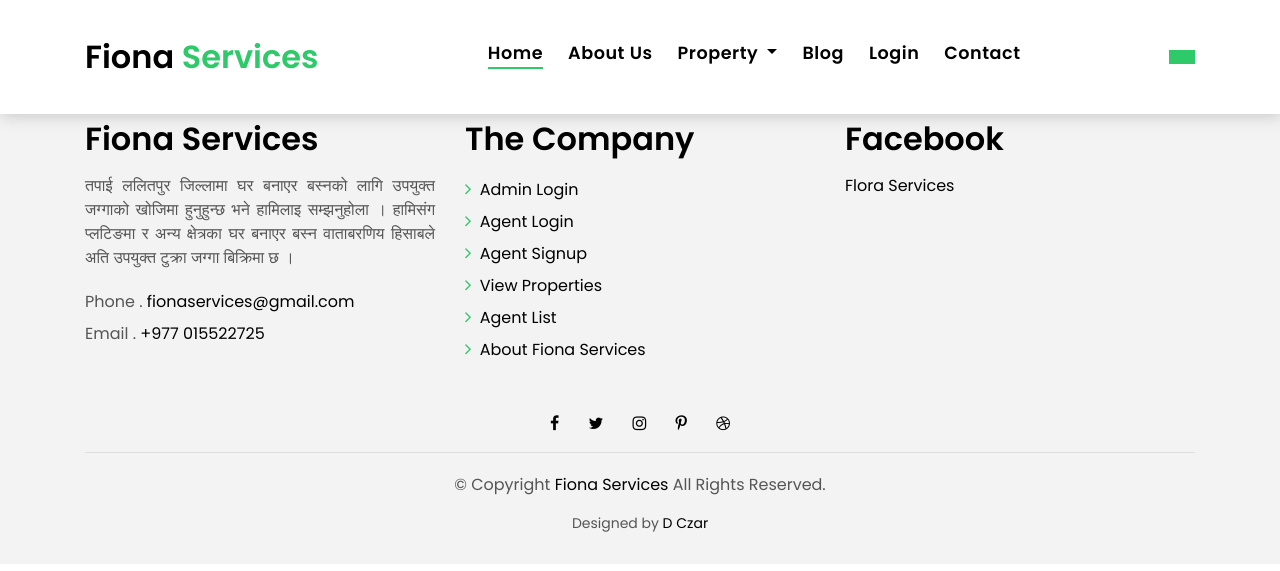
Repository: Sjuicyy/realstate
Page: http://localhost/Add-Property.php
An editor plug-in stored every save of this project. The page is shown before and after the next save, followed by the edit.
The browser window is 1280 px wide. The pictures show the whole page.
The page is run by PHP 8.4 with error messages shown; the project is at /var/www/html/.

Above is the page before, as saved 2022-10-13 14:30:23.

After the next save:
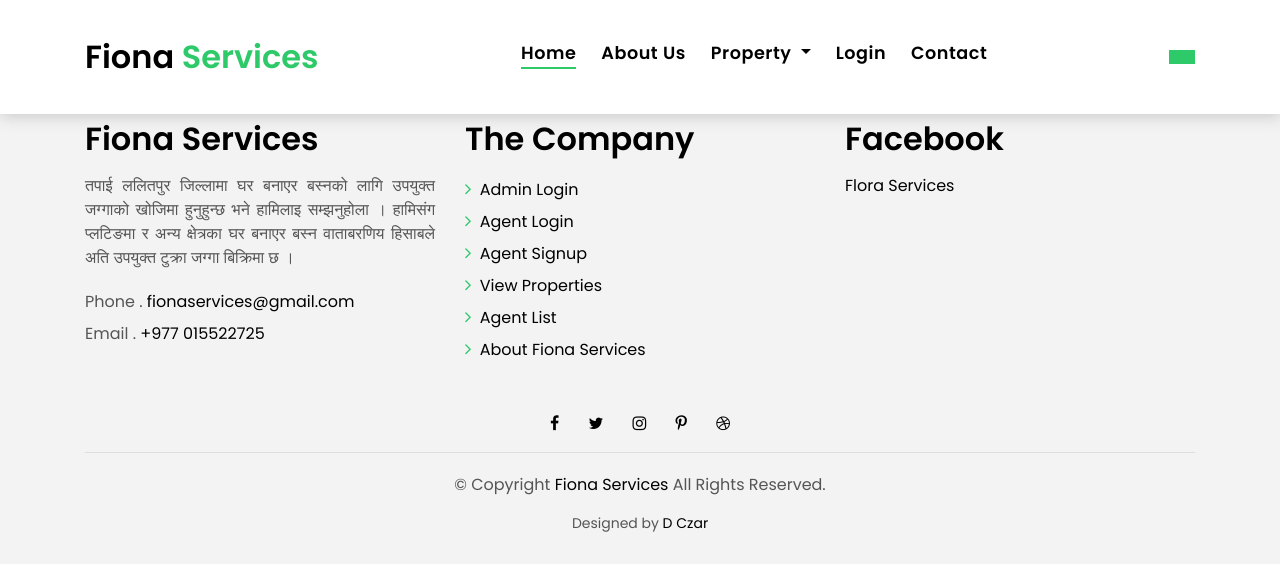
Saved 19 s later.
--- a/Add-Property.php
+++ b/Add-Property.php
@@ -77,9 +77,9 @@
             </div>
           </li>
 
-                   <li class="nav-item">
+                   <!-- <li class="nav-item">
                      <a class="nav-link" href="blog-grid.html">Blog</a>
-                   </li>
+                   </li> -->
           <li class="nav-item">
             <a class="nav-link" href="Login.php">Login</a>
           </li>
